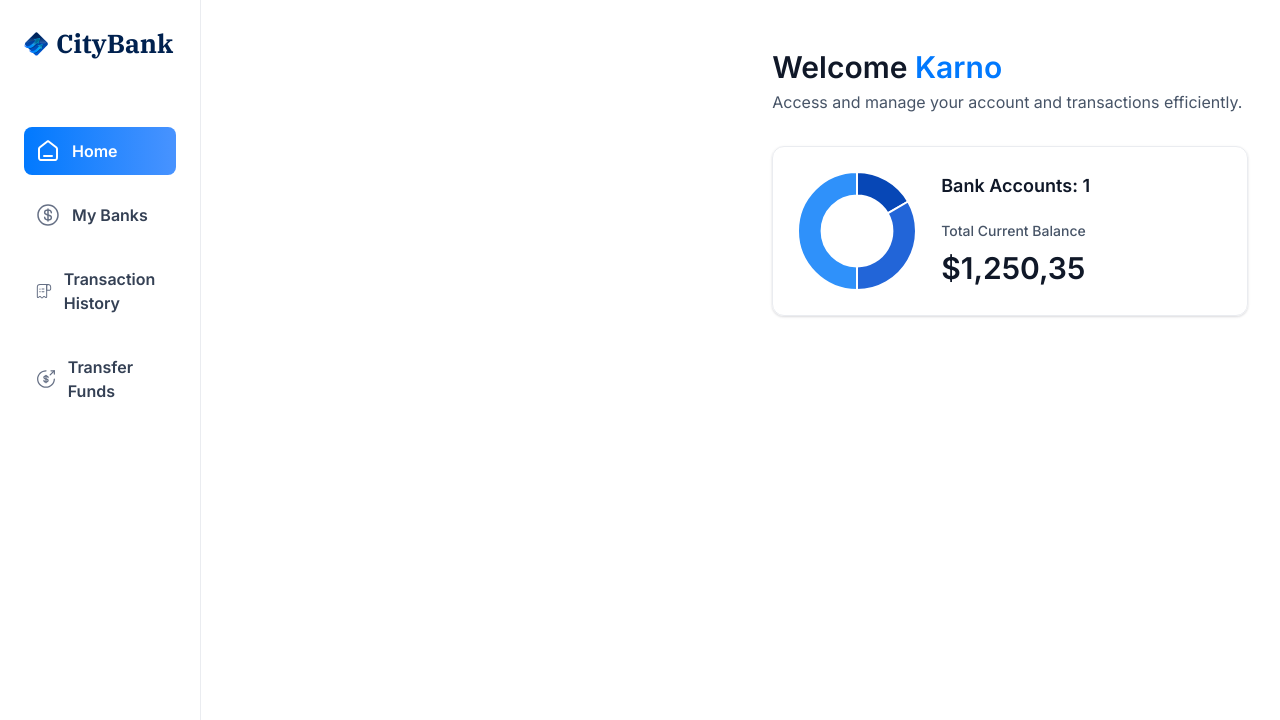
Repository: KarnoSarker/Banking
Page: /
An editor plug-in stored every save of this project. The page is shown before and after the next save, followed by the edit.
The browser window is 1280 px wide. The pictures show the whole page.
The project was rebuilt for these pictures with package versions that can differ from the ones it lists, and the page was loaded fresh each time. The framework's server and built-in components were replaced by stand-ins that run in the browser. Also part of the build but not shown: next.config.mjs.

Above is the page before, as saved 2024-05-18 22:34:26.

After the next save:
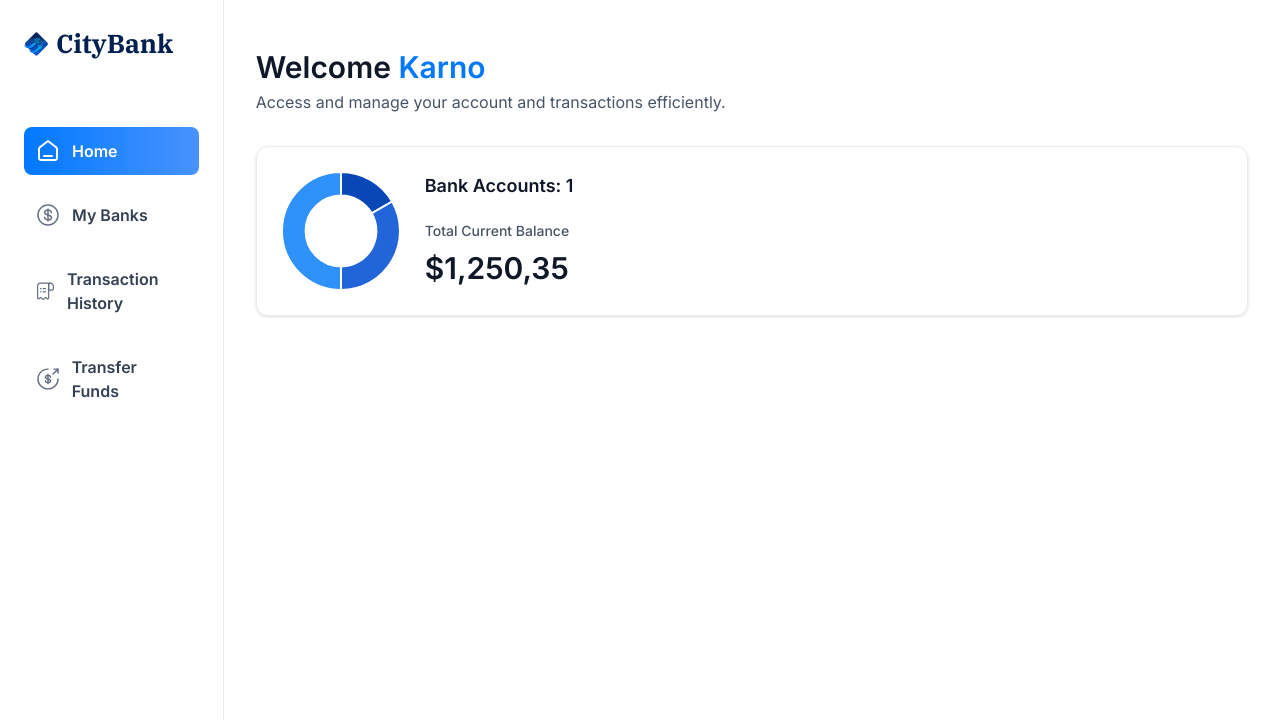
Saved 85 s later.
--- a/app/(root)/layout.tsx
+++ b/app/(root)/layout.tsx
@@ -1,3 +1,4 @@
+import MobileNav from '@/components/MobileNav';
 import Sidebar from '@/components/Sidebar';
 import Image from 'next/image';
 
@@ -14,9 +15,12 @@ export default function RootLayout({
       <div className='flex size-full flex-col'>
         <div className='root-layout'>
           <Image src='/icons/logo.svg' width={30} height={30} alt='menu icon' />
+          <div>
+            <MobileNav user={loggedIn} />
+          </div>
         </div>
+        {children}
       </div>
-      {children}
     </main>
   );
 }
